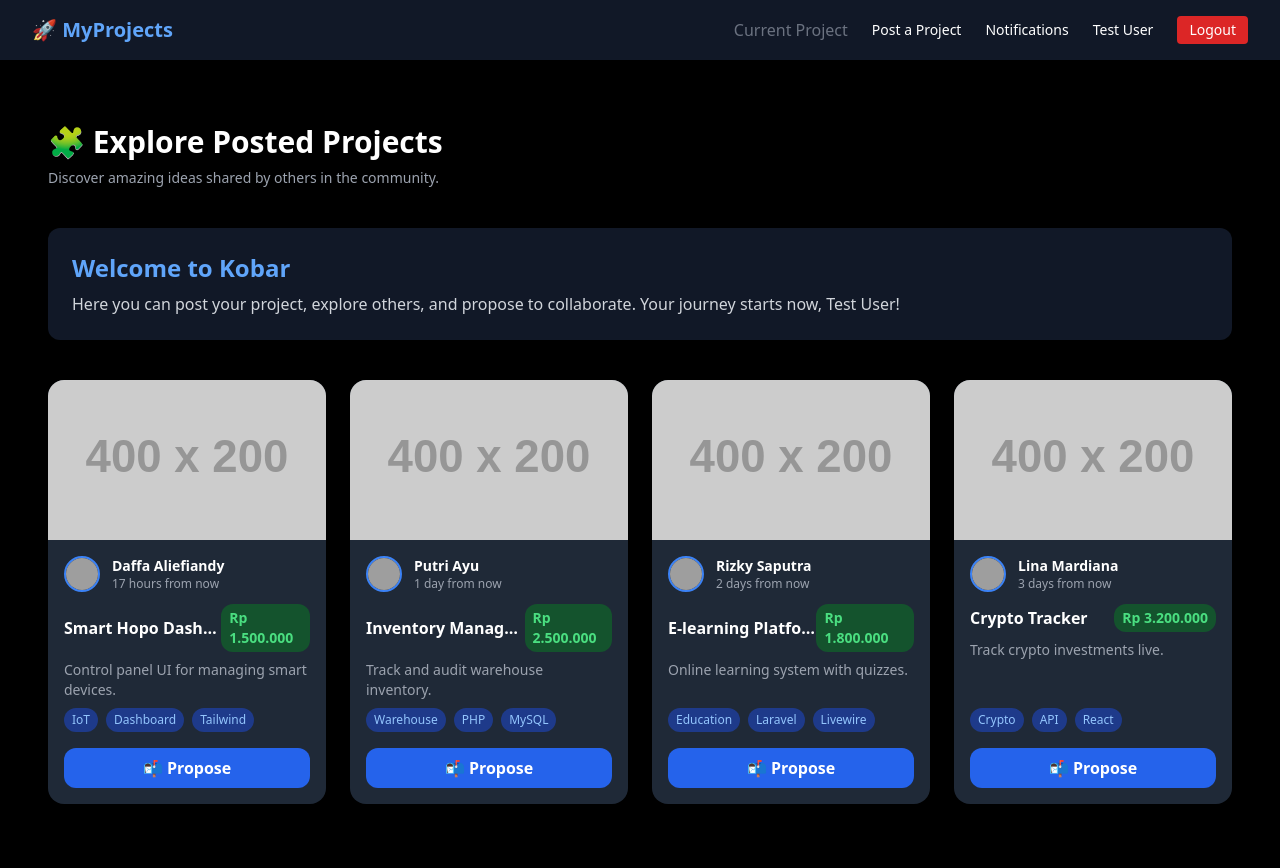
Repository: daffa-alif/kobar
Page: http://localhost/dashboard
An editor plug-in stored every save of this project. The page is shown before and after a run of saves, followed by the edit.
The browser window is 1280 px wide. The pictures show the whole page.
Pictures or frames that could not be fetched are drawn as grey boxes. Some web libraries are served in a nearby version. The page is served by the project's Laravel application, run on PHP 8.4 with Laravel 12. A made-up administrator, Test User (test@example.com), is signed in. Other server files are loaded and not shown.

Above is the page before, as saved 2025-04-05 00:50:03.

### routes/web.php
<?php

use Illuminate\Support\Facades\Route;
use App\Http\Controllers\AuthController;


Route::get('/register', [AuthController::class, 'showRegisterForm'])->name('register');
Route::post('/register', [AuthController::class, 'register']);

Route::get('/login', [AuthController::class, 'showLoginForm'])->name('login');
Route::post('/login', [AuthController::class, 'login']);

Route::middleware('auth')->group(function () {
    Route::get('/dashboard', function () {
        return view('dashboard');
    })->name('dashboard');

    Route::post('/logout', [AuthController::class, 'logout'])->name('logout');
});

Route::get('/logout', [AuthController::class, 'logout'])->name('logout');

Route::get('/', function () {
    return view('welcome');
});

### app/Models/User.php
<?php

namespace App\Models;

use Illuminate\Database\Eloquent\Factories\HasFactory;
use Illuminate\Foundation\Auth\User as Authenticatable;
use Illuminate\Notifications\Notifiable;
use Illuminate\Database\Eloquent\Concerns\HasUuids;
use Illuminate\Support\Str;

class User extends Authenticatable
{
    use HasFactory, Notifiable, HasUuids;

    protected $keyType = 'string'; // Pastikan primary key adalah string
    public $incrementing = false; // Nonaktifkan auto-increment ID

    protected $fillable = [
        'name', 'profile_picture', 'email', 'password',
    ];

    protected $hidden = [
        'password', 'remember_token',
    ];

    protected $casts = [
        'email_verified_at' => 'datetime',
    ];

    // ✅ Tambahkan boot method untuk UUID
    protected static function boot()
    {
        parent::boot();

        static::creating(function ($model) {
            if (empty($model->{$model->getKeyName()})) {
                $model->{$model->getKeyName()} = (string) Str::uuid();
            }
        });
    }
}

### resources/views/dashboard.blade.php
@extends('layouts.app')

@section('content')


<div class="max-w-7xl mx-auto px-4 py-10">
    <div class="mb-10">
        <h1 class="text-3xl font-bold text-white">🧩 Explore Posted Projects</h1>
        <p class="text-gray-400 text-sm mt-2">Discover amazing ideas shared by others in the community.</p>
    </div>

    <div class="mb-10">
        <div class="bg-gray-900 rounded-xl p-6 shadow-lg">
            <h2 class="text-2xl font-semibold text-blue-400">Welcome to Kobar</h2>
            <p class="text-gray-300 mt-2">Here you can post your project, explore others, and propose to collaborate. Your journey starts now, {{ Auth::user()->name }}!</p>
        </div>
    </div>

    @php
        $projects = [
            [
                'title' => 'Smart Hopo Dashboard',
                'description' => 'Control panel UI for managing smart devices.',
                'posted_by' => 'Daffa Aliefiandy',
                'posted_at' => '2025-04-01 14:32',
                'avatar' => 'https://i.pravatar.cc/100?img=3',
                'tags' => ['IoT', 'Dashboard', 'Tailwind'],
                'price' => 1500000
            ],
            [
                'title' => 'Inventory Management',
                'description' => 'Track and audit warehouse inventory.',
                'posted_by' => 'Putri Ayu',
                'posted_at' => '2025-04-02 09:12',
                'avatar' => 'https://i.pravatar.cc/100?img=5',
                'tags' => ['Warehouse', 'PHP', 'MySQL'],
                'price' => 2500000
            ],
            [
                'title' => 'E-learning Platform',
                'description' => 'Online learning system with quizzes.',
                'posted_by' => 'Rizky Saputra',
                'posted_at' => '2025-04-03 18:05',
                'avatar' => 'https://i.pravatar.cc/100?img=7',
                'tags' => ['Education', 'Laravel', 'Livewire'],
                'price' => 1800000
            ],
            [
                'title' => 'Crypto Tracker',
                'description' => 'Track crypto investments live.',
                'posted_by' => 'Lina Mardiana',
                'posted_at' => '2025-04-04 10:22',
                'avatar' => 'https://i.pravatar.cc/100?img=12',
                'tags' => ['Crypto', 'API', 'React'],
                'price' => 3200000
            ],
        ];
    @endphp

    <div class="grid grid-cols-2 sm:grid-cols-2 lg:grid-cols-3 xl:grid-cols-4 gap-6">
        @foreach ($projects as $project)
            <div class="bg-gray-800 rounded-2xl shadow hover:shadow-xl transition duration-300 flex flex-col">
                <img src="https://via.placeholder.com/400x200?text=Project+Image"
                     alt="Project Image"
                     class="rounded-t-2xl w-full h-40 object-cover">

                <div class="p-4 flex flex-col flex-1">
                    <div class="flex items-center gap-3 mb-3">
                        <img src="{{ $project['avatar'] }}" alt="Avatar"
                             class="w-9 h-9 rounded-full border-2 border-blue-500">
                        <div>
                            <p class="text-sm text-white font-semibold">{{ $project['posted_by'] }}</p>
                            <p class="text-xs text-gray-400">{{ \Carbon\Carbon::parse($project['posted_at'])->diffForHumans() }}</p>
                        </div>
                    </div>

                    <div class="flex justify-between items-center mb-2">
                        <h2 class="text-md font-bold text-white truncate">{{ $project['title'] }}</h2>
                        <span class="text-sm text-green-400 font-semibold bg-green-900 px-2 py-1 rounded-xl">
                            Rp {{ number_format($project['price'], 0, ',', '.') }}
                        </span>
                    </div>

                    <p class="text-sm text-gray-400 mb-2 line-clamp-2">{{ $project['description'] }}</p>

                    <div class="flex flex-wrap gap-2 mt-auto">
                        @foreach ($project['tags'] as $tag)
                            <span class="text-xs bg-blue-900 text-blue-300 px-2 py-1 rounded-full font-medium">{{ $tag }}</span>
                        @endforeach
                    </div>

                    <div class="mt-4">
                        <button class="w-full bg-blue-600 hover:bg-blue-700 text-white font-semibold py-2 px-4 rounded-xl transition duration-300">
                            📬 Propose
                        </button>
                    </div>
                </div>
            </div>
        @endforeach
    </div>
</div>




@endsection

### resources/views/layouts/app.blade.php
<!DOCTYPE html>
<html lang="en">
<head>
    <meta charset="UTF-8">
    <title>@yield('title', 'My App')</title>
    <meta name="viewport" content="width=device-width, initial-scale=1">

    <!-- Tailwind CSS CDN -->
    <script src="https://cdn.tailwindcss.com"></script>
</head>
<body class="bg-black text-white">
    <!-- Sticky Navbar -->
    <header class="bg-gray-900 shadow sticky top-0 z-50">
        <nav class="max-w-7xl mx-auto px-4 sm:px-6 lg:px-8 py-4 flex justify-between items-center">
            <!-- Left: Logo -->
            <div class="flex items-center gap-4">
                <a href="/" class="text-xl font-bold text-blue-400">🚀 MyProjects</a>
            </div>

            <!-- Desktop Menu -->
            <div class="hidden md:flex items-center gap-6">
                <a href="#" class="text-gray-500 cursor-not-allowed">Current Project</a>
                <a href="/projects/create" class="text-sm font-medium hover:text-blue-400">Post a Project</a>
                <a href="/notifications" class="text-sm font-medium hover:text-blue-400">Notifications</a>
                <a href="/profile" class="text-sm font-medium hover:text-blue-400">
                    {{ Auth::user()->name }}
                </a>

                <form method="POST" action="{{ route('logout') }}">
                    @csrf
                    <button type="submit" class="bg-red-600 hover:bg-red-700 text-white px-3 py-1 rounded text-sm font-medium">
                        Logout
                    </button>
                </form>
            </div>

            <!-- Mobile Toggle Button -->
            <div class="md:hidden">
                <button id="mobile-menu-toggle" class="text-white hover:text-blue-400 focus:outline-none">
                    ☰
                </button>
            </div>
        </nav>

        <!-- Mobile Dropdown -->
        <div id="mobile-menu" class="md:hidden max-h-0 overflow-hidden transition-all duration-700 ease-in-out bg-gray-800 px-4" style="will-change: max-height;">
            <div class="pt-2 pb-4">
                <a href="#" class="block text-gray-500 py-1 cursor-not-allowed">Current Project</a>
                <a href="/projects/create" class="block text-sm font-medium hover:text-blue-400 py-1">Post a Project</a>
                <a href="/notifications" class="block text-sm font-medium hover:text-blue-400 py-1">Notifications</a>
                <a href="/profile" class="block text-sm font-medium hover:text-blue-400 py-1">
                    {{ Auth::user()->name }}
                </a>
                <form method="POST" action="{{ route('logout') }}" class="pt-2">
                    @csrf
                    <button type="submit" class="w-full text-left text-sm text-white bg-red-600 hover:bg-red-700 px-3 py-2 rounded">
                        Logout
                    </button>
                </form>
            </div>
        </div>

    </header>

    <!-- Main Content -->
    <main class="min-h-screen py-6 px-4 sm:px-6 lg:px-8">
        @yield('content')
    </main>

    <!-- JS for Mobile Toggle -->
    <script>
        const toggleBtn = document.getElementById('mobile-menu-toggle');
        const mobileMenu = document.getElementById('mobile-menu');

        let isOpen = false;

        toggleBtn.addEventListener('click', () => {
            if (!isOpen) {
                mobileMenu.classList.remove('max-h-0');
                mobileMenu.classList.add('max-h-[500px]');
                isOpen = true;
            } else {
                mobileMenu.classList.remove('max-h-[500px]');
                mobileMenu.classList.add('max-h-0');
                isOpen = false;
            }
        });
    </script>

    @if(Auth::check() && !session()->has('intro_shown'))
    @php session(['intro_shown' => true]); @endphp

    <div id="intro-welcome" class="fixed inset-0 bg-gradient-to-br from-black via-blue-900 to-black flex items-center justify-center z-50 text-white text-center text-3xl font-bold animate-fade-in">
        <p>👋 hello {{ Auth::user()->name }} <span class="text-blue-400">welcome to Kobar</span>!</p>
    </div>

    <script>
        window.addEventListener('DOMContentLoaded', () => {
            const intro = document.getElementById('intro-welcome');
            setTimeout(() => {
                intro.classList.add('opacity-0', 'pointer-events-none');
                setTimeout(() => intro.remove(), 1000);
            }, 3000);
        });
    </script>

    <style>
        @keyframes fadeIn {
            from { opacity: 0; transform: scale(0.98); }
            to { opacity: 1; transform: scale(1); }
        }

        .animate-fade-in {
            animation: fadeIn 1s ease-out forwards;
        }
    </style>
@endif


</body>
</html>

After the next 3 saves:
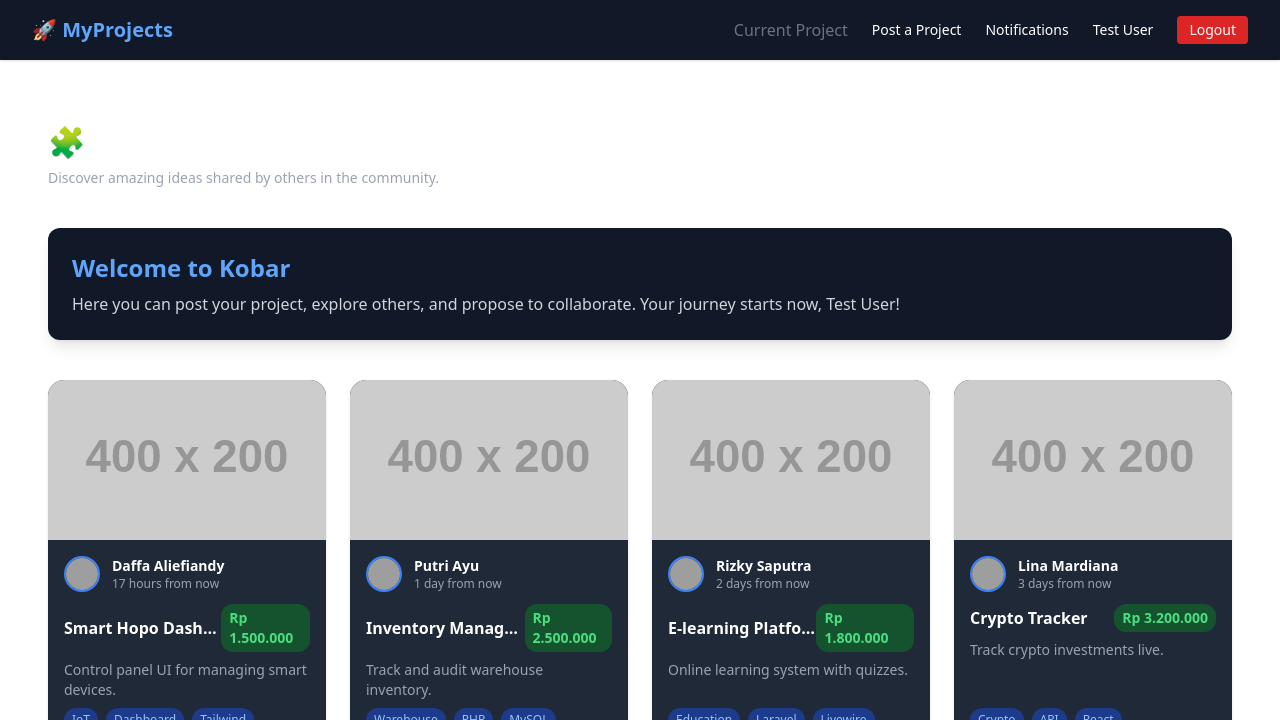
The 3 saves are shown as one change because they came seconds apart.
The last was saved 5 min 28 s later.
--- a/resources/views/layouts/app.blade.php
+++ b/resources/views/layouts/app.blade.php
@@ -8,7 +8,7 @@
     <!-- Tailwind CSS CDN -->
     <script src="https://cdn.tailwindcss.com"></script>
 </head>
-<body class="bg-black text-white">
+<body class="fixed inset-0 bg-gradient-to-br from-black via-blue-900 to-black text-white">
     <!-- Sticky Navbar -->
     <header class="bg-gray-900 shadow sticky top-0 z-50">
         <nav class="max-w-7xl mx-auto px-4 sm:px-6 lg:px-8 py-4 flex justify-between items-center">

After the save that followed:
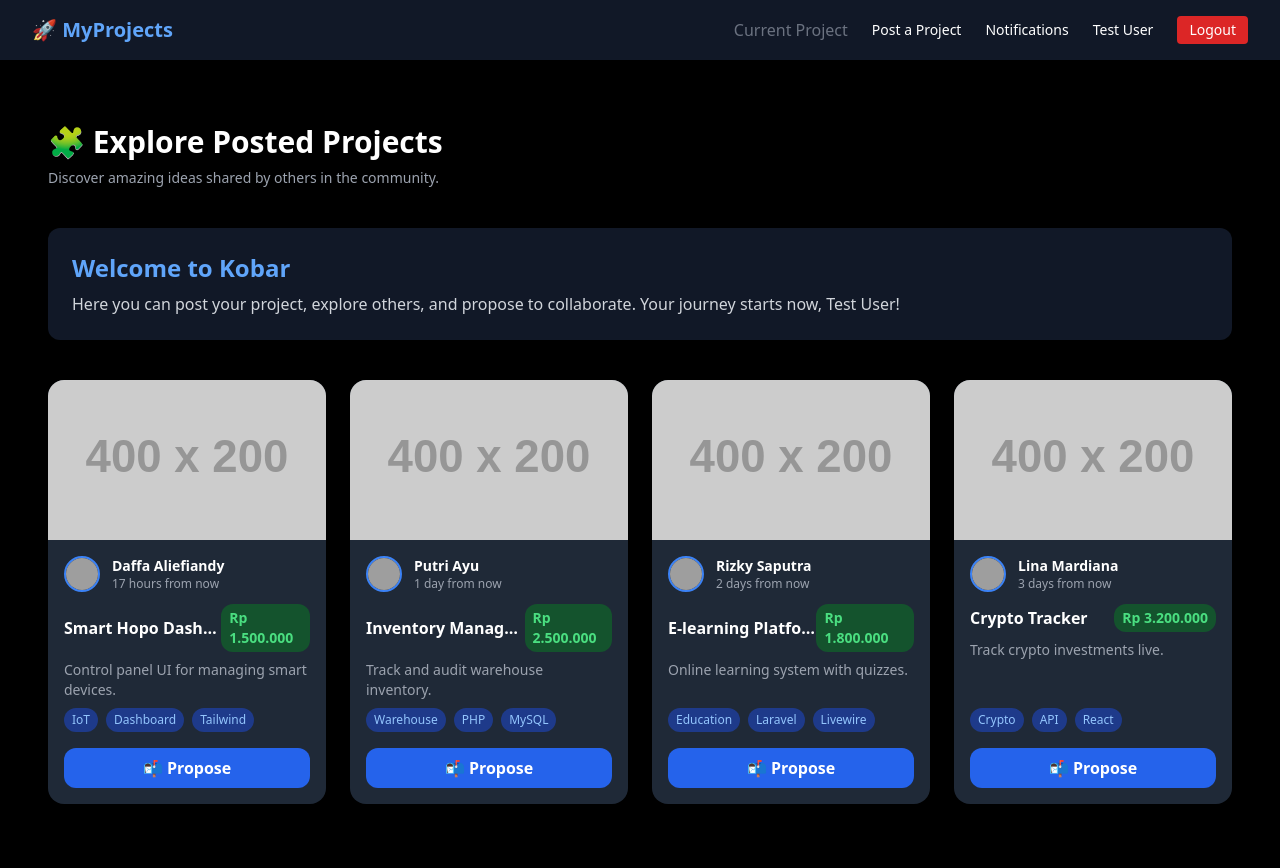
Saved 9 s later.
--- a/resources/views/layouts/app.blade.php
+++ b/resources/views/layouts/app.blade.php
@@ -8,7 +8,7 @@
     <!-- Tailwind CSS CDN -->
     <script src="https://cdn.tailwindcss.com"></script>
 </head>
-<body class="fixed inset-0 bg-gradient-to-br from-black via-blue-900 to-black text-white">
+<body class="bg-black text-white">
     <!-- Sticky Navbar -->
     <header class="bg-gray-900 shadow sticky top-0 z-50">
         <nav class="max-w-7xl mx-auto px-4 sm:px-6 lg:px-8 py-4 flex justify-between items-center">
